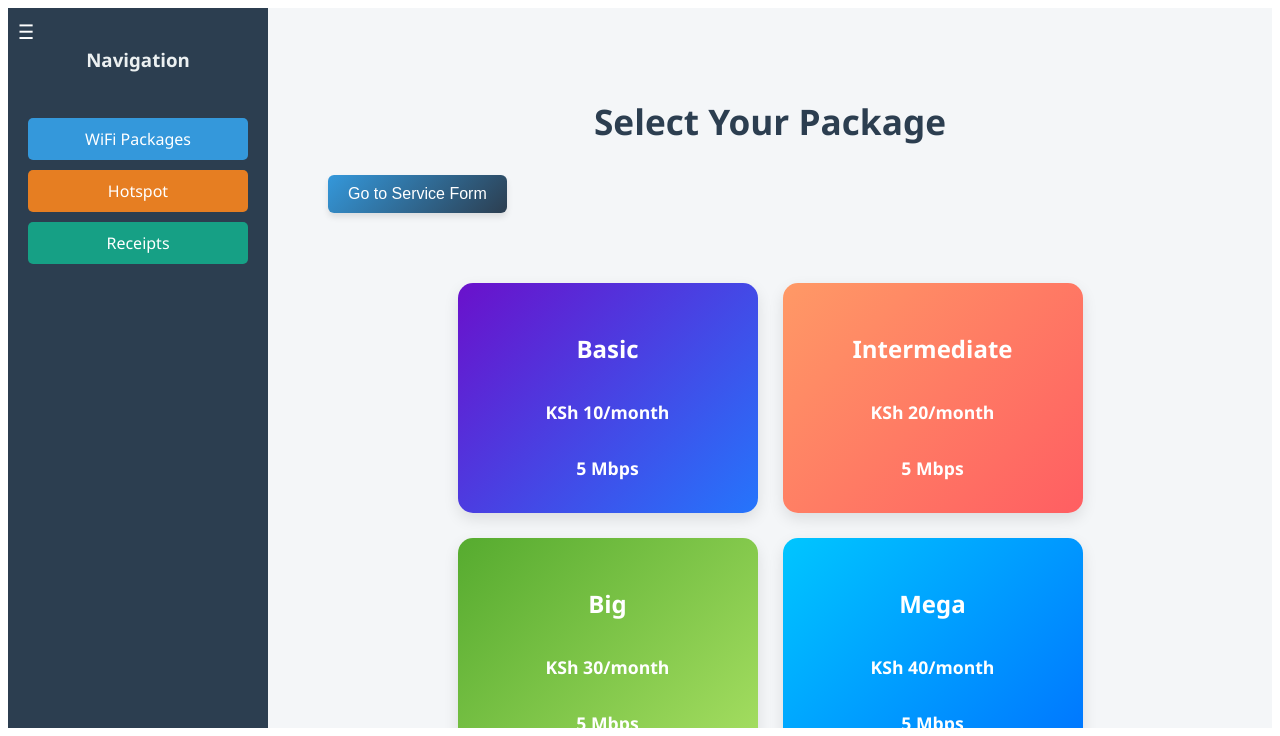
Repository: rachel648/system_Bill
Page: /packages (app in client/)
The author's editor kept a copy of each file at every save. The page is drawn from the files as they stood at one save, then again after the next save.
The browser window is 1280 px wide. The pictures show the whole page.
The page's requests for data from a server got no answer. An inner scrolling area shows only its first screen. The project was rebuilt for these pictures with package versions that can differ from the ones it lists, and the page was loaded fresh each time. No one was signed in, and anything a server would have sent is missing. Also part of the build but not shown: client/src/components/ServiceForm.js, client/src/Hotspot.css, client/src/Hotspot.js, client/src/admin.js. Imported but missing from the stored project, and not drawn on this page: client/src/Receipts.

Above is the page before, as saved 2025-07-10 22:44:35.

After the next save:
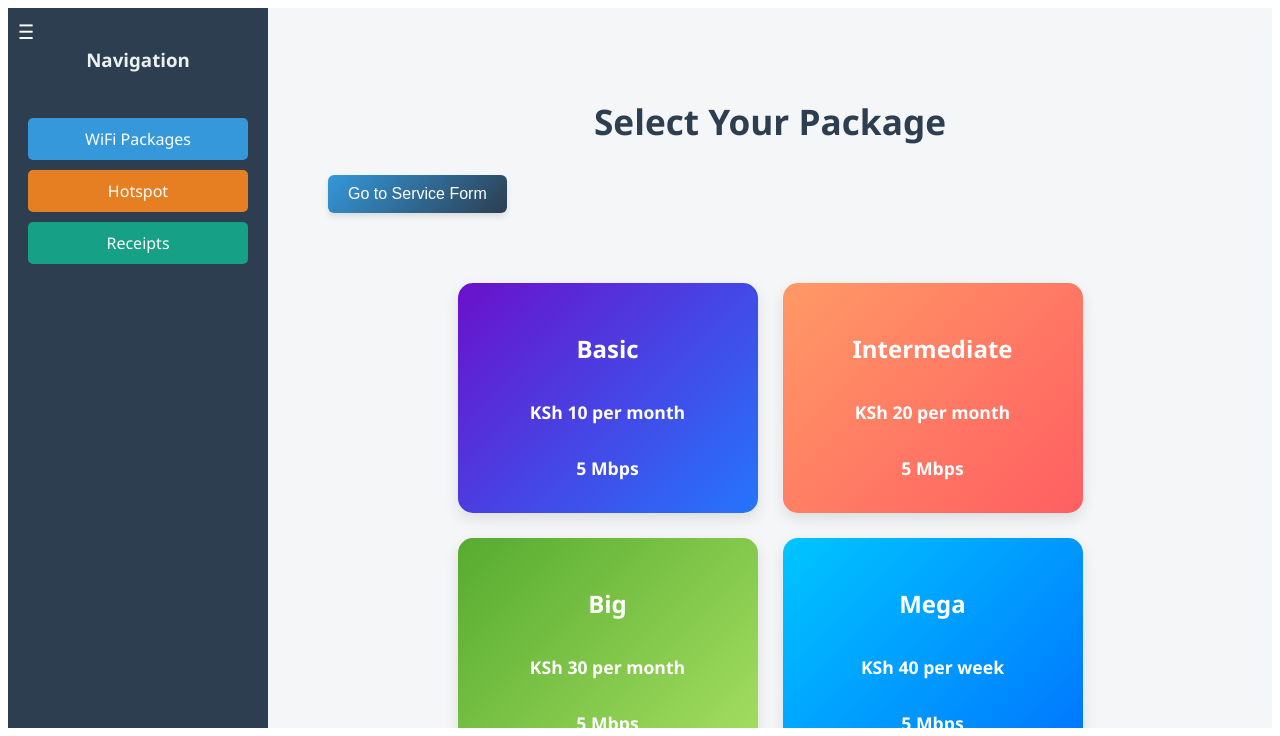
Saved 4 min 42 s later.
--- a/client/src/Packages.js
+++ b/client/src/Packages.js
@@ -9,6 +9,16 @@ const packagePrices = {
   Mega: 40,
   Super: 50,
   DayOffer: 80
+};
+
+// Add duration for each package
+const packageDurations = {
+  Basic: 'per month',
+  Intermediate: 'per month',
+  Big: 'per month',
+  Mega: 'per week',
+  Super: 'per day',
+  DayOffer: 'per hour'
 };
 
 const API_BASE_URL = process.env.NODE_ENV === 'production'
@@ -125,7 +135,7 @@ const Packages = () => {
         {Object.keys(packagePrices).map((pkg) => (
           <div key={pkg} className={`card ${pkg.toLowerCase()}-card`} onClick={() => handleCardClick(pkg)}>
             <h3>{pkg}</h3>
-            <p>KSh {packagePrices[pkg].toLocaleString()}/month</p>
+            <p>KSh {packagePrices[pkg].toLocaleString()} {packageDurations[pkg]}</p>
             <p>{pkg === 'Basic' ? '5' : pkg === 'Intermediate' ? '5' : pkg === 'Big' ? '5' : '5'} Mbps</p>
           </div>
         ))}
